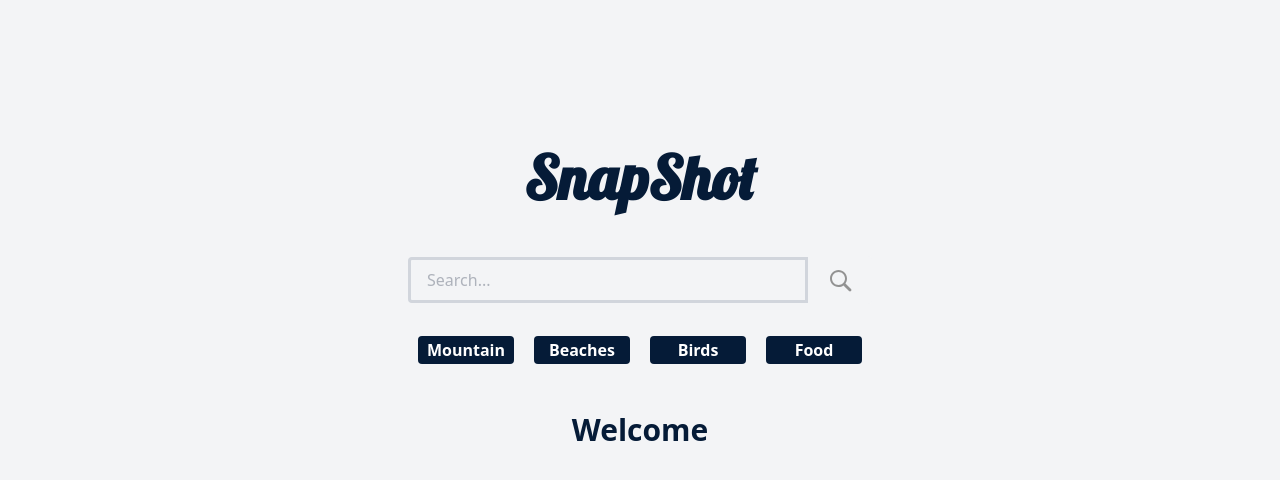
Repository: Alzate1075/P2-GaleriaFotos
Page: /
The author's editor kept a copy of each file at every save. The page is drawn from the files as they stood at one save, then again after the next save.
The browser window is 1280 px wide. The pictures show the whole page.
The page's requests for data from a server got no answer. The project was rebuilt for these pictures with package versions that can differ from the ones it lists, and the page was loaded fresh each time. No one was signed in, and anything a server would have sent is missing. Also part of the build but not shown: vite.config.js.

Above is the page before, as saved 2025-07-04 14:23:53.

### index.html
<!DOCTYPE html>
<html lang="en">
  <head>
    <meta charset="UTF-8" />
    <link rel="icon" type="image/svg+xml" href="/public/logo192.png" />
    <meta name="viewport" content="width=device-width, initial-scale=1.0" />
    <link
      href="https://fonts.googleapis.com/css2?family=Lobster&display=swap"
      rel="stylesheet"
    />
    <link
      href="https://fonts.googleapis.com/css2?family=Poppins:wght@400;600&display=swap"
      rel="stylesheet"
    />

    <title>Snap Shot</title>
  </head>
  <body>
    <div id="root"></div>
    <script type="module" src="/src/main.jsx"></script>
  </body>
</html>

### src/App.jsx
import React, { useState } from "react";
import Header from "./components/Header";
import SearchGallery from "./components/SearchGallery";
import Categorias from "./components/Categorias";
import GaleriaFotos from "./components/GaleriaFotos";

export default function App() {
  const [titulo, setTitulo] = useState("Welcome");
  return (
    <div className="font-poppins bg-gray-100 min-h-screen flex flex-col items-center">
      <Header />
      <SearchGallery setTitulo={setTitulo} />
      <Categorias setTitulo={setTitulo} />
      <h2 className="font-sans text-3xl font-bold text-[#051b37] m-8 md:mt-12">
        {titulo}
      </h2>
      <GaleriaFotos />
    </div>
  );
}

### src/index.css
@import "tailwindcss";

@import url("https://fonts.googleapis.com/css2?family=Lobster&display=swap");

body {
  font-family: "Lobster", cursive;
}

### src/components/Header.jsx
import React from "react";

export default function Header() {
  return (
    <header className="text-center mt-7">
      <h1 className="text-6xl font-bold text-[#051b37] font-lobster mt-30">
        SnapShot
      </h1>
    </header>
  );
}

### src/components/SearchGallery.jsx
import React from "react";

export default function SearchGallery() {
  return (
    <div className="font-sans text-gray-500 flex items-center justify-center mt-12">
      <input
        type="text"
        placeholder="Search..."
        className="border-3 border-gray-300 bg-gray-100 rounded-l px-4 py-2 w-xs md:w-[400px] focus:outline-none"
      />
      <button className="cursor-pointer bg-gray-100 text-white px-4 py-2 rounded-r hover:bg-[#051b37]">
        <img src="/public/search-icon.svg" alt="Buscador" />
      </button>
    </div>
  );
}

### src/components/Categorias.jsx
import React from "react";

export default function Categorias({ setTitulo }) {
  return (
    <div className="md:flex grid grid-cols-1 md:items-center md:justify-center gap-4 md:gap-5 mt-8">
      <button
        onClick={() => setTitulo("Mountain Pictures")}
        className="cursor-pointer w-95 md:w-24 h-7 flex items-center justify-center font-sans font-semibold bg-[#051b37] text-white rounded "
      >
        Mountain
      </button>
      <button
        onClick={() => setTitulo("Beaches Pictures")}
        className="cursor-pointer md:w-24 h-7 flex items-center justify-center font-sans font-semibold bg-[#051b37] text-white rounded "
      >
        Beaches
      </button>
      <button
        onClick={() => setTitulo("Birds Pictures")}
        className="cursor-pointer md:w-24 h-7 flex items-center justify-center font-sans font-semibold bg-[#051b37] text-white rounded "
      >
        Birds
      </button>
      <button
        onClick={() => setTitulo("Food Pictures")}
        className="cursor-pointer md:w-24 md:h-7 flex items-center justify-center font-sans font-semibold bg-[#051b37] text-white rounded "
      >
        Food
      </button>
    </div>
  );
}

### src/components/GaleriaFotos.jsx
import React, { useEffect, useState } from "react";
import axios from "axios";

export default function GaleriaFotos() {
  const [fotos, setFotos] = useState([]);

  useEffect(() => {
    fetchData();
  }, []);

  async function fetchData() {
    try {
      const { data } = await axios.get(
        `https://api.pexels.com/v1/search?query=mountain&per_page=12`,
        {
          headers: {
            Authorization:
              "WM5W7xLg1COodo3lwvRPmlVaCVpBeosisd5oLmAZSYXkme93CP5uTwv6",
          },
        }
      );
      console.log(data);
      setFotos(data.photos || []);
    } catch (error) {
      console.error(error);
    }
  }

  return (
    <div className="w-[60%] h-[60%] items-center justify-center grid grid-cols-1 md:grid-cols-4 gap-4 p-4">
      {fotos.map((foto) => (
        <img
          key={foto.id}
          src={foto.src.medium}
          alt={foto.alt}
          className="rounded shadow-lg w-full h-48 object-cover"
        />
      ))}
    </div>
  );
}

Loaded but not shown: src/main.jsx (common file)

After the next save:
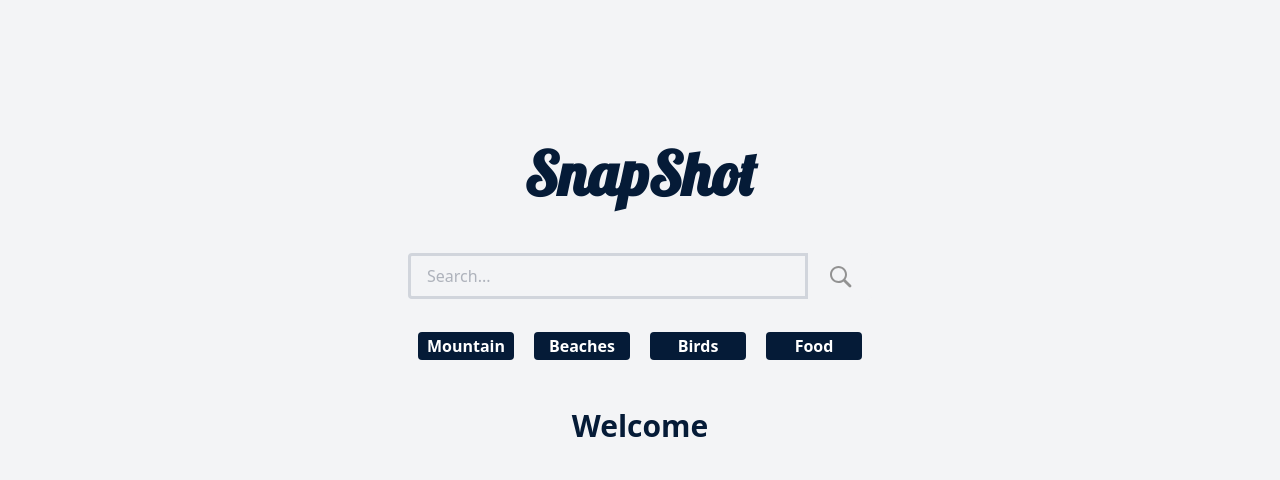
Saved 13 s later.
--- a/src/components/Header.jsx
+++ b/src/components/Header.jsx
@@ -2,7 +2,7 @@
 
 export default function Header() {
   return (
-    <header className="text-center mt-7">
+    <header className="text-center mt-6">
       <h1 className="text-6xl font-bold text-[#051b37] font-lobster mt-30">
         SnapShot
       </h1>
